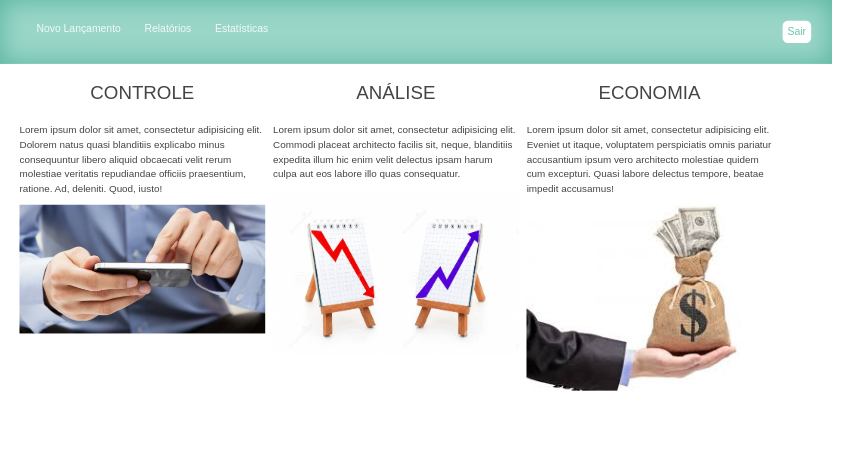
Repository: EconoMyRD/final-homework
Page: Economy/WebContent/html/indexGerencial.html
The author's editor kept a copy of each file at every save. The page is drawn from the files as they stood at one save, then again after the next save.
The browser window is 1280 px wide. The page is 1280 px wide, then 1306 px, so the pictures cover 1306 px, including what lies to the right of the window. The pictures show the whole page, at 65% of full size.
Some web libraries are served in a nearby version.

Above is the page before, as saved 2015-06-22 22:31:19.
Console error: TypeError: $(...).live is not a function

After the next save:
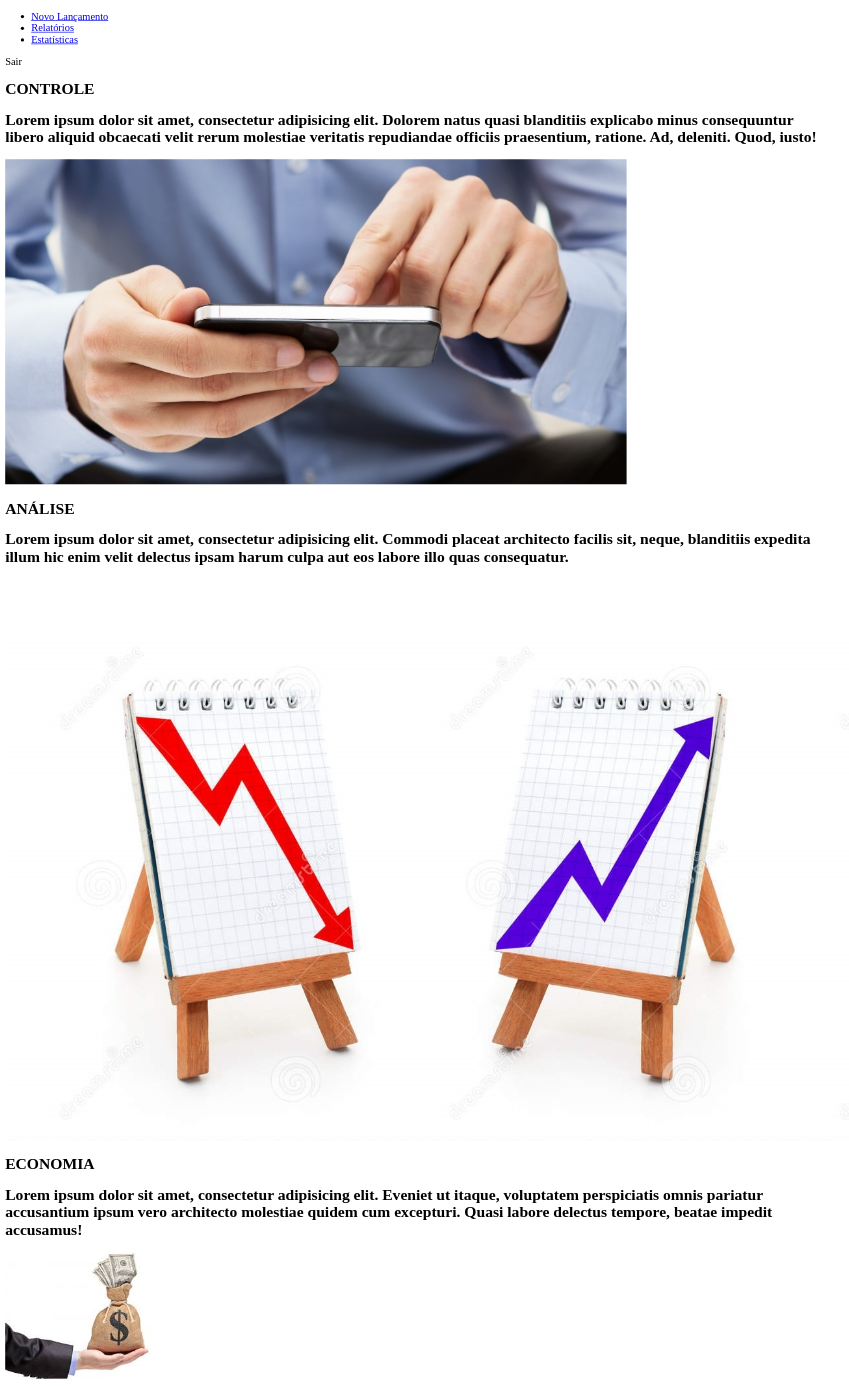
Saved 23 s later.
--- a/Economy/WebContent/html/indexGerencial.html
+++ b/Economy/WebContent/html/indexGerencial.html
@@ -3,7 +3,7 @@
 <head>
     <meta charset="UTF-8">
     <title>Economy</title>
-    <link rel="stylesheet" href="../Economy/css/Estilos.css">
+   <!--  <link rel="stylesheet" href="../Economy/css/Estilos.css">-->
     <link rel='shortcut icon' href='../favicon.ico'>
 </head>
 <body>
